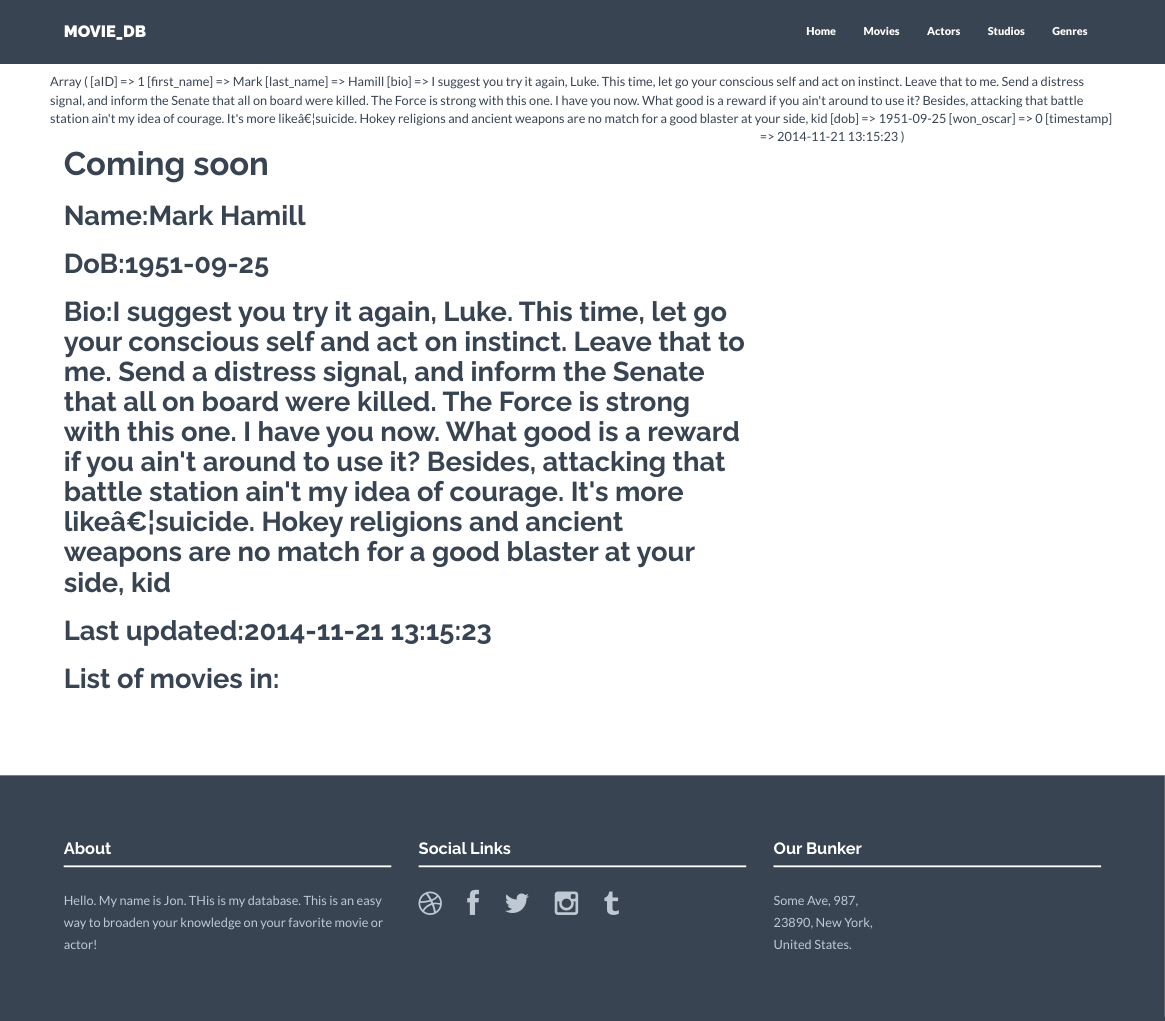
Repository: jonak91/Buzzerd-index
Page: http://localhost/actor.php?aID=1
The author's editor kept a record of every edit. The page is drawn from the files as they stood at one moment, then again after the next edit.
The browser window is 1280 px wide. The pictures show the whole page, at 91% of full size.
Some web libraries are served in a nearby version. The page is run by PHP 8.4 with error messages shown; the project is at /var/www/html/. The database holds what the project's SQL file puts in it.

Above is the page before.
Not found: assets/js/modernizr.js

After the next edit:
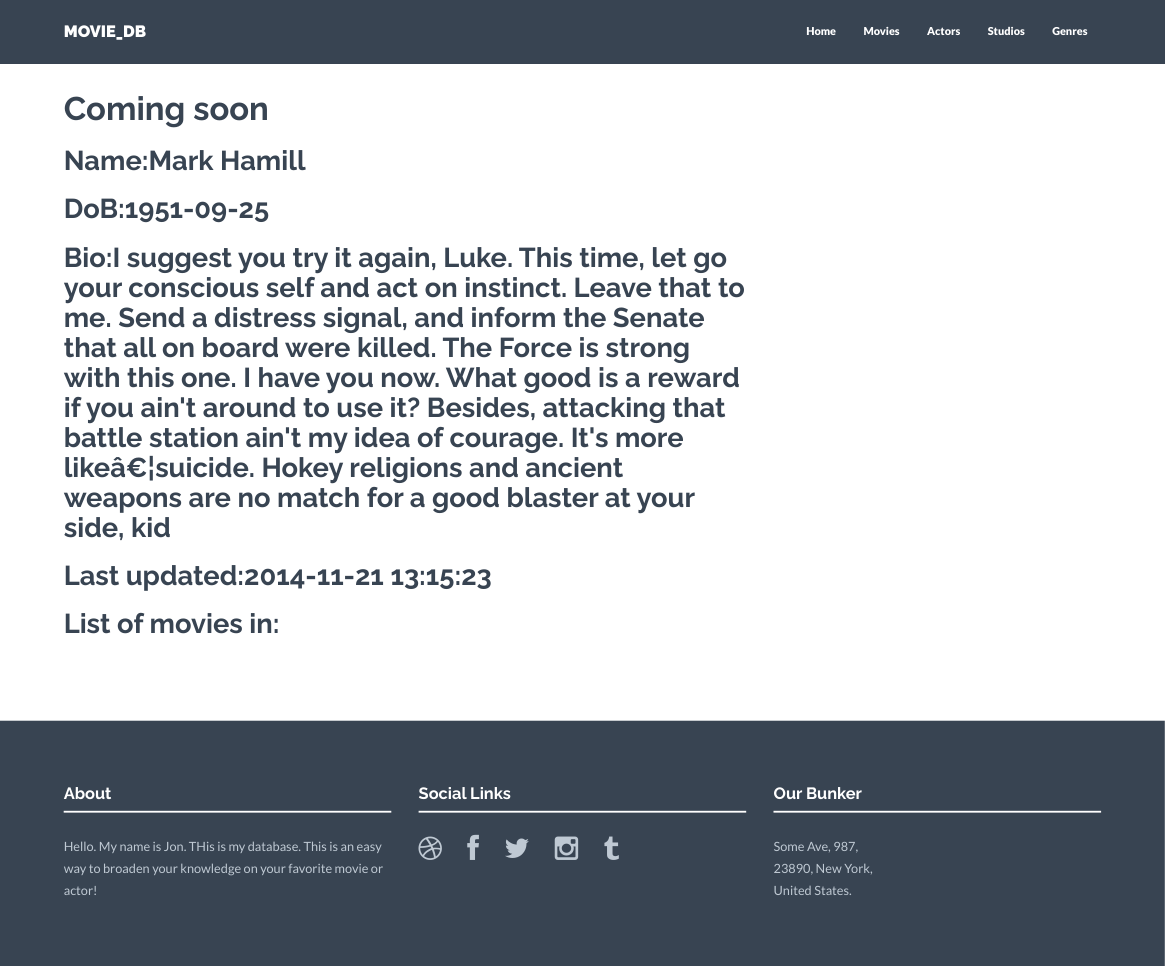
The edit:
--- a/actor.php
+++ b/actor.php
@@ -7,7 +7,6 @@
 	 		<?php
 	 		$aID = $_GET['aID'];
 	 		$actor = get_actor($aID);
-	 		print_r($actor);
 	 		?>
 
 	 		<! -- MAIN CONTENAT AREA -->
